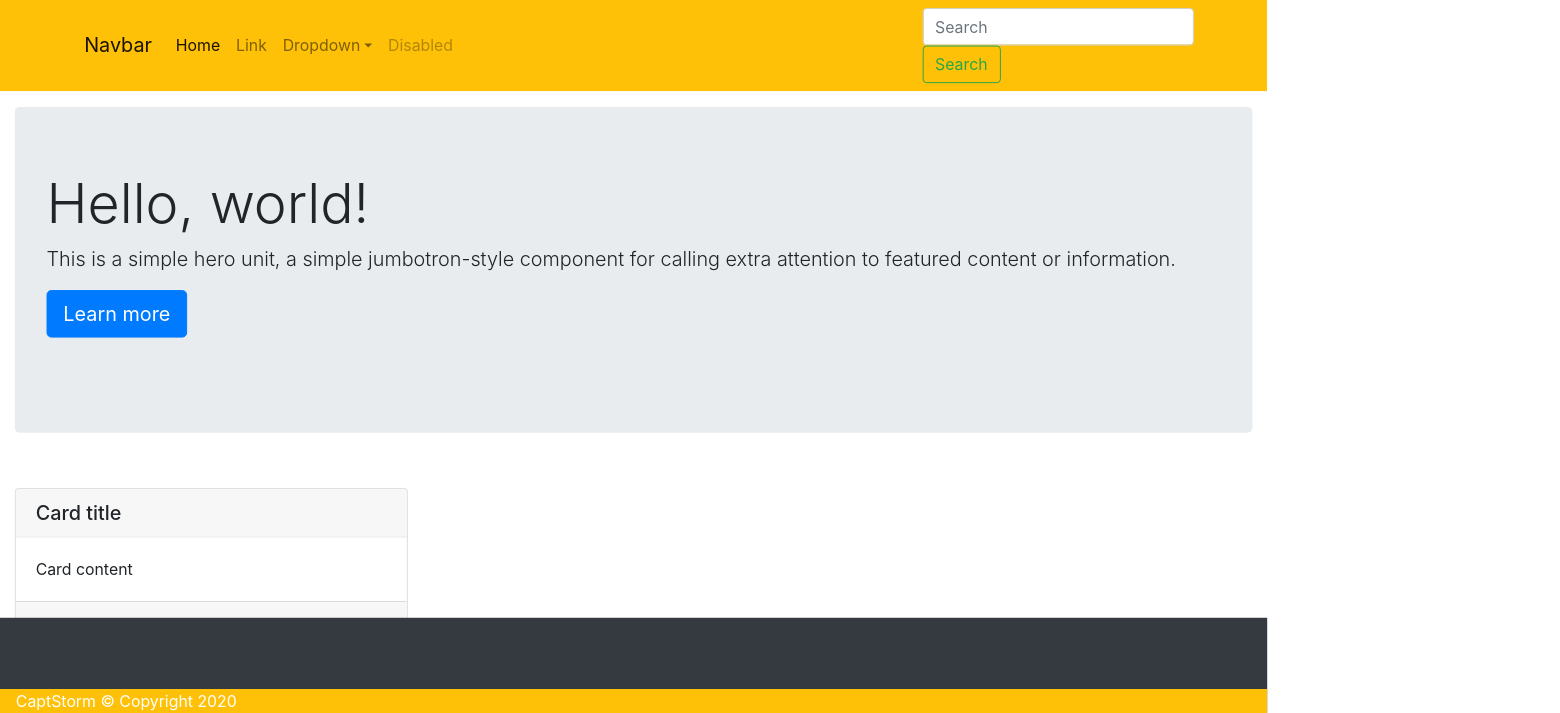
Repository: CaptainStorm21/complete-react16-bootstrap-passing-props
Page: /
These files come from the project's save history. The page is drawn as it stood at one moment and after the next save; the edit follows.
The browser window is 1280 px wide. The page is 1280 px wide, then 1576 px, so the pictures cover 1576 px, including what lies to the right of the window. The pictures show the whole page, at 99% of full size.
The project was rebuilt for these pictures with package versions that can differ from the ones it lists, and the page was loaded fresh each time.

Above is the page before, as saved 2020-04-23 14:35:11.

### public/index.html
<!DOCTYPE html>
<html lang="en">
<head>
  <title>Bootstrap Example</title>
  <meta charset="utf-8">
  <meta name="viewport" content="width=device-width, initial-scale=1">
  <link rel="stylesheet" href="https://maxcdn.bootstrapcdn.com/bootstrap/4.4.1/css/bootstrap.min.css">
  <script src="https://ajax.googleapis.com/ajax/libs/jquery/3.4.1/jquery.min.js"></script>
  <script src="https://cdnjs.cloudflare.com/ajax/libs/popper.js/1.16.0/umd/popper.min.js"></script>
  <script src="https://maxcdn.bootstrapcdn.com/bootstrap/4.4.1/js/bootstrap.min.js"></script>
</head>
<body>
<div id="root"></div>

</body>
</html>

### src/index.js
import React from 'react';
import ReactDOM from 'react-dom';
import './style.css';
import App from './App';
import * as serviceWorker from './serviceWorker';


ReactDOM.render(
  <React.StrictMode>
    <App />
  </React.StrictMode>,
  document.getElementById('root')
);

// If you want your app to work offline and load faster, you can change
// unregister() to register() below. Note this comes with some pitfalls.
// Learn more about service workers: https://bit.ly/CRA-PWA
serviceWorker.unregister();

### src/style.css




body {
  margin: 0;
  font-family: -apple-system, BlinkMacSystemFont, 'Segoe UI', 'Roboto', 'Oxygen',
    'Ubuntu', 'Cantarell', 'Fira Sans', 'Droid Sans', 'Helvetica Neue',
    sans-serif;
  -webkit-font-smoothing: antialiased;
  -moz-osx-font-smoothing: grayscale;
}

.footer {
  position: absolute;
  bottom: 0;
  width: 100%;
  height: 60px; /* Set the fixed height of the footer here */
  line-height: 60px; /* Vertically center the text there */
  background-color: purple;
}

### src/App.js
import React from "react";
import Main from "./components/Main";
import ContanerCard from "./components/ContainerCard";

import Header from "./components/layout/Header";
import Footer from "./components/layout/Footer";

function App() {
  return (
    <div>
      <Header />
      <div classNameName="container-fluid">
        <div className="col-lg-12 py-3">
          <Main />
        </div>
        <div className="container-fluid">
          <div className="row">
            <ContanerCard />
          </div>
        </div>
        <Footer />
      </div>
    </div>
  );
}

export default App;

### src/components/Main.js
import React from "react";

function Main() {
  return (
    <div className="jumbotron">
      <h1 className="display-4">Hello, world!</h1>
      <p className="lead">
        This is a simple hero unit, a simple jumbotron-style component for
        calling extra attention to featured content or information.
        <p className = "py-3">
        <a className="btn btn-primary btn-lg" href="#" role="button">
          Learn more
        </a>
        </p>
      </p>
    </div>
  );
}

export default Main;

### src/components/ContainerCard.js
import React from "react";

function ContainerCard() {
  return (
    <div className="col-md-4 col-lg-4 py-2">
    <div className="card">
      <h5 className="card-header">Card title</h5>
      <div className="card-body">
        <p className="card-text">Card content</p>
      </div>
      <div className="card-footer">Card footer</div>
    </div>
    </div>
  );
}

export default ContainerCard;

### src/components/layout/Header.js
import React from "react";
import Navbar from "./Navbar";

function Header() {
  return (
    <nav className="navbar navbar-expand-lg navbar-light bg-warning">
              <Navbar />
    </nav>
  );
}

export default Header;

### src/components/layout/Footer.js
import React from "react";

function Footer() {
  return (
    <footer className="bg-dark py-5 fixed-bottom ">
      <div className="container"></div>
      <div className="container-fluid">
        <div className="row bg-info">
        <div className="bg-warning fixed-bottom">
          <span className="p-3 text-white">
            CaptStorm &copy; Copyright 2020
          </span>
        </div>        </div>
      </div>
    </footer>
  );
}

export default Footer;

### src/components/layout/Navbar.js
import React from "react";
import "./Nav.css";

function Navbar() {
  return (
    <div className="container">
          <a className="navbar-brand" href="/">
            Navbar
          </a>
          <button
            className="navbar-toggler"
            type="button"
            data-toggle="collapse"
            data-target="#navbarSupportedContent"
            aria-controls="navbarSupportedContent"
            aria-expanded="false"
            aria-label="Toggle navigation"
          >
            <span className="navbar-toggler-icon"></span>
          </button>

          <div className="collapse navbar-collapse" id="navbarSupportedContent">
            <ul className="navbar-nav mr-auto">
              <li className="nav-item active">
                <a className="nav-link" href="/">
                  Home <span className="sr-only">(current)</span>
                </a>
              </li>
              <li className="nav-item">
                <a className="nav-link" href="/">
                  Link
                </a>
              </li>
              <li className="nav-item dropdown">
                <a
                  className="nav-link dropdown-toggle"
                  href="/"
                  id="navbarDropdown"
                  role="button"
                  data-toggle="dropdown"
                  aria-haspopup="true"
                  aria-expanded="false"
                >
                  Dropdown
                </a>
                <div className="dropdown-menu" aria-labelledby="navbarDropdown">
                  <a className="dropdown-item" href="/">
                    Action
                  </a>
                  <a className="dropdown-item" href="/">
                    Another action
                  </a>
                  <div className="dropdown-divider"></div>
                  <a className="dropdown-item" href="/">
                    Something else here
                  </a>
                </div>
              </li>
              <li className="nav-item">
                <a className="nav-link disabled" href="/">
                  Disabled
                </a>
              </li>
            </ul>
          </div>
          <div className="input-group col-3">
            <div className="input-group-append ">
              <form className="form-inline ">
                <input
                  className="form-control "
                  type="search"
                  placeholder="Search"
                  aria-label="Search"
                />
                <button className="btn btn-outline-success" type="submit">
                  Search
                </button>
              </form>
            </div>
          </div>
        </div>

  );
}

export default Navbar;

### src/components/layout/Nav.css
@media (min-width: 768px) {
    .navbar-nav {
      width: 100%;
      text-align: center;
    }
    .navbar-nav > li {
      float: none;
      display: inline-block;
    }
    .navbar-nav > li.navbar-right {
      float: right !important;
    }
  }

Loaded but not shown: src/serviceWorker.js (common file)

After the next save:
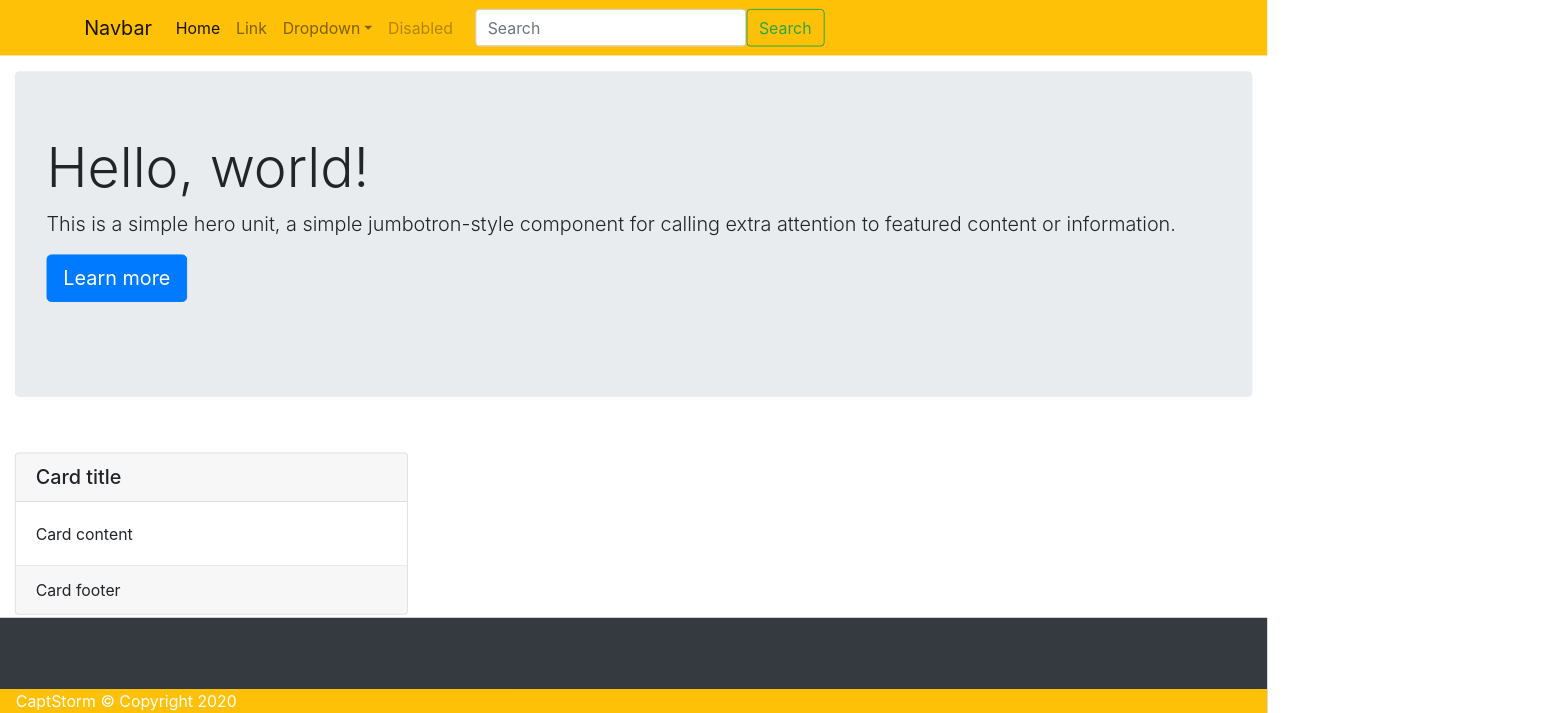
Saved 5 s later.
--- a/src/components/layout/Navbar.js
+++ b/src/components/layout/Navbar.js
@@ -63,7 +63,7 @@ function Navbar() {
               </li>
             </ul>
           </div>
-          <div className="input-group col-3">
+          <div className="input-group col-12">
             <div className="input-group-append ">
               <form className="form-inline ">
                 <input
